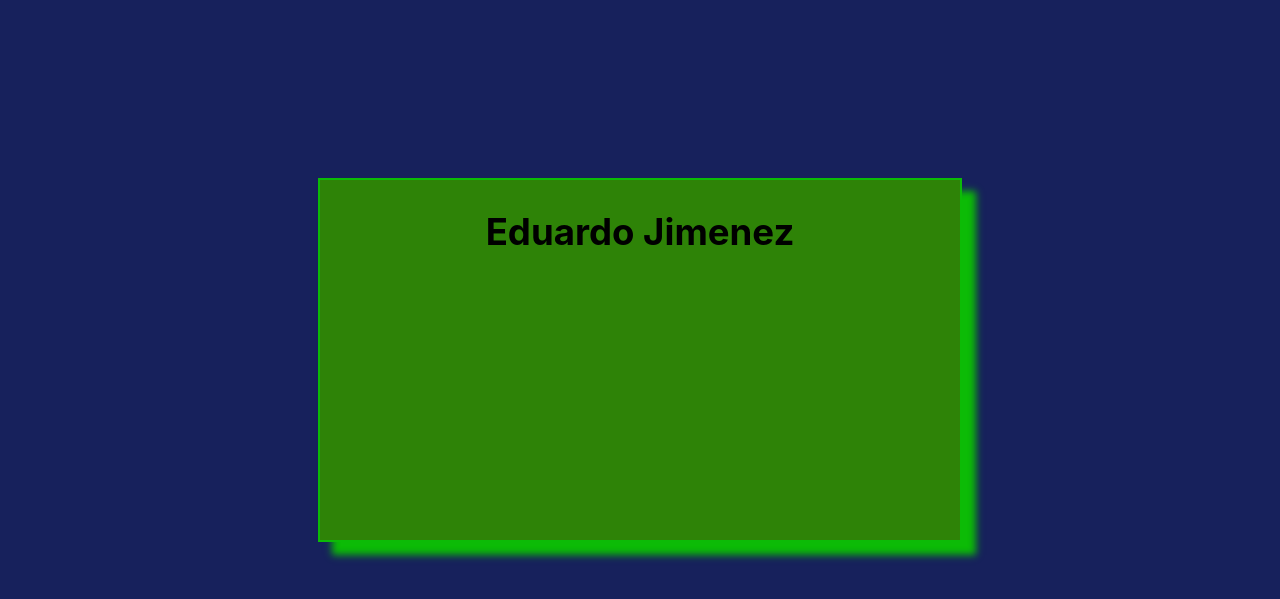
Repository: l8nightswithJS/react-my-portfolio
Page: /
The author's editor kept a copy of each file at every save. The page is drawn from the files as they stood at one save, then again after the next save.
The browser window is 1280 px wide. The pictures show the whole page.
The project was rebuilt for these pictures with package versions that can differ from the ones it lists, and the page was loaded fresh each time.

Above is the page before, as saved 2021-04-22 23:58:09.

After the next save:
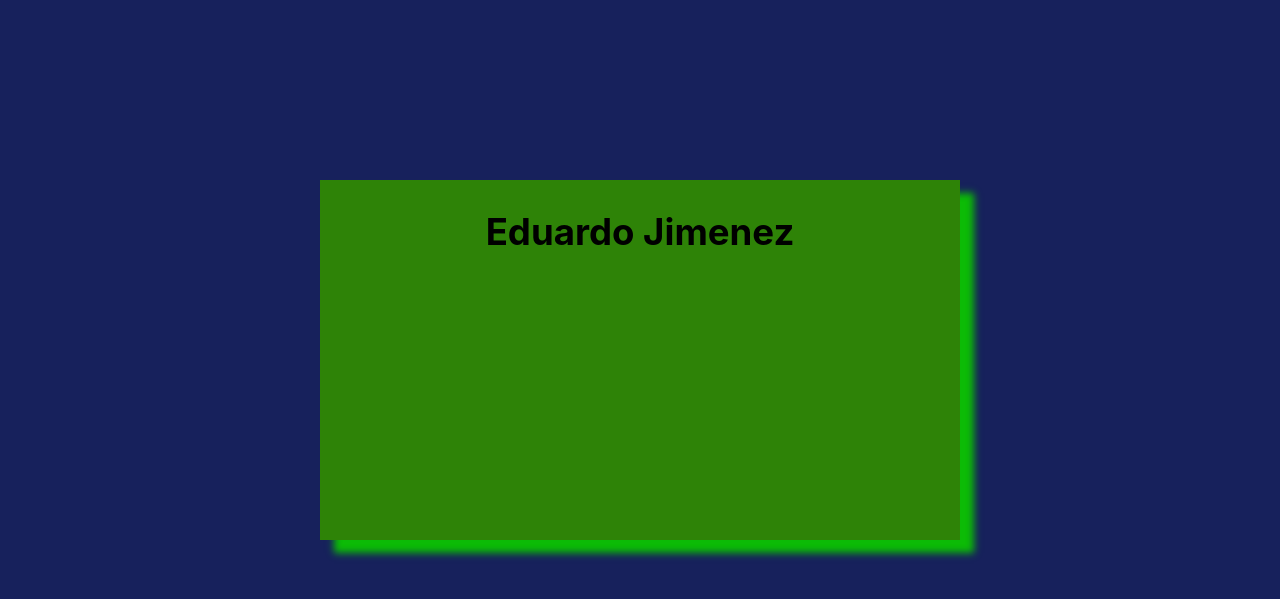
Saved 20 s later.
--- a/src/App.css
+++ b/src/App.css
@@ -17,7 +17,6 @@ section {
   margin: auto;
   font-size: calc(10px + 2vmin);
   color: white;
-  border: rgb(12, 187, 6) .3vh solid;
   box-shadow: 2vh 1vw 1vh rgb(12, 187, 6);
 }
 
